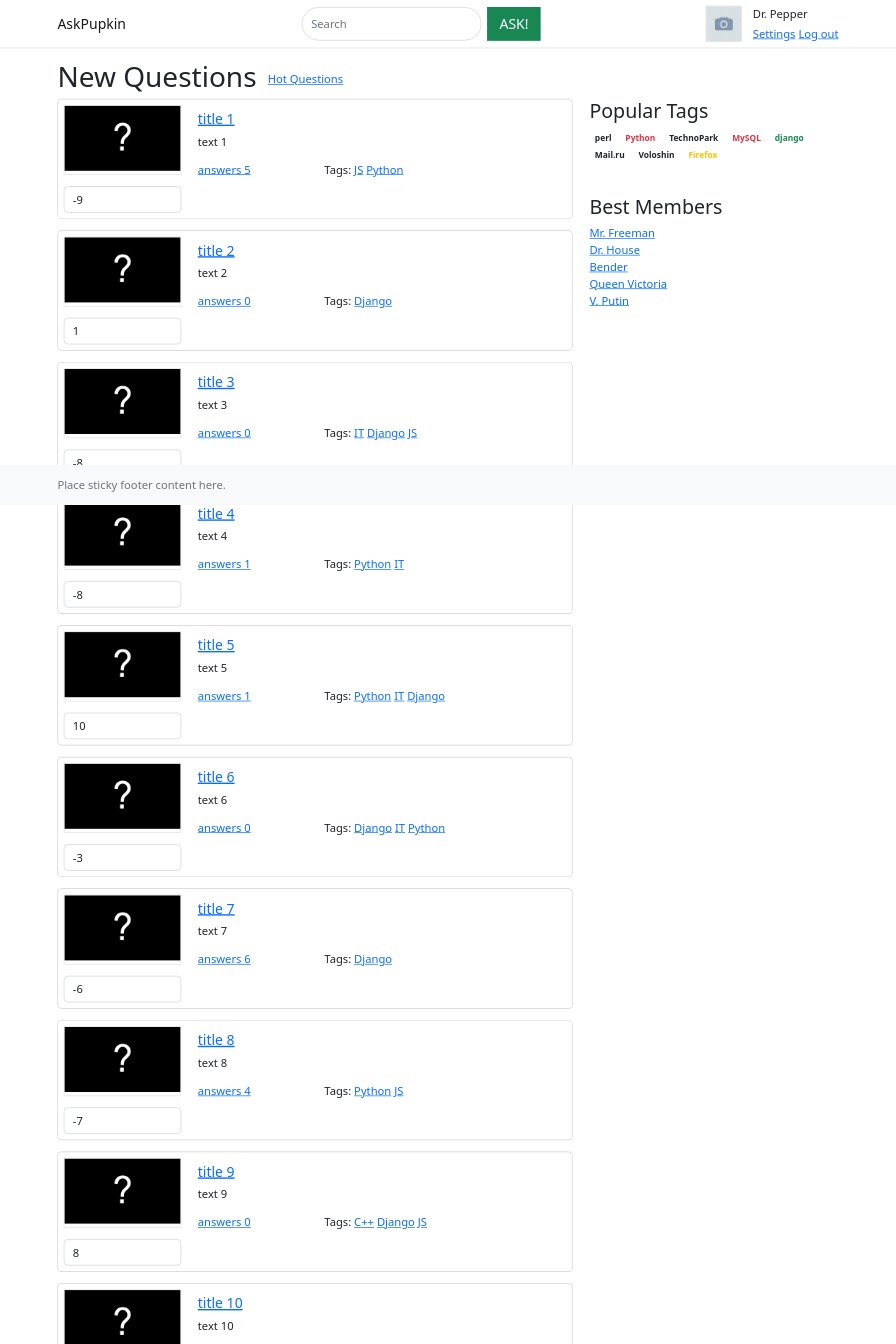
Repository: MiniDan21/askme_molchanov_django
Page: http://localhost/
These files come from the project's save history. The page is drawn as it stood at one moment and after the next save; the edit follows.
The browser window is 1280 px wide. The pictures show the part of the page from y = 0 to 1920 px (the page is 5647 px tall), at 70% of full size.
The page is served by the project's application, run on Django 5.2 (manage.py).

Above is the page before, as saved 2024-04-09 18:08:32.

After the next save:
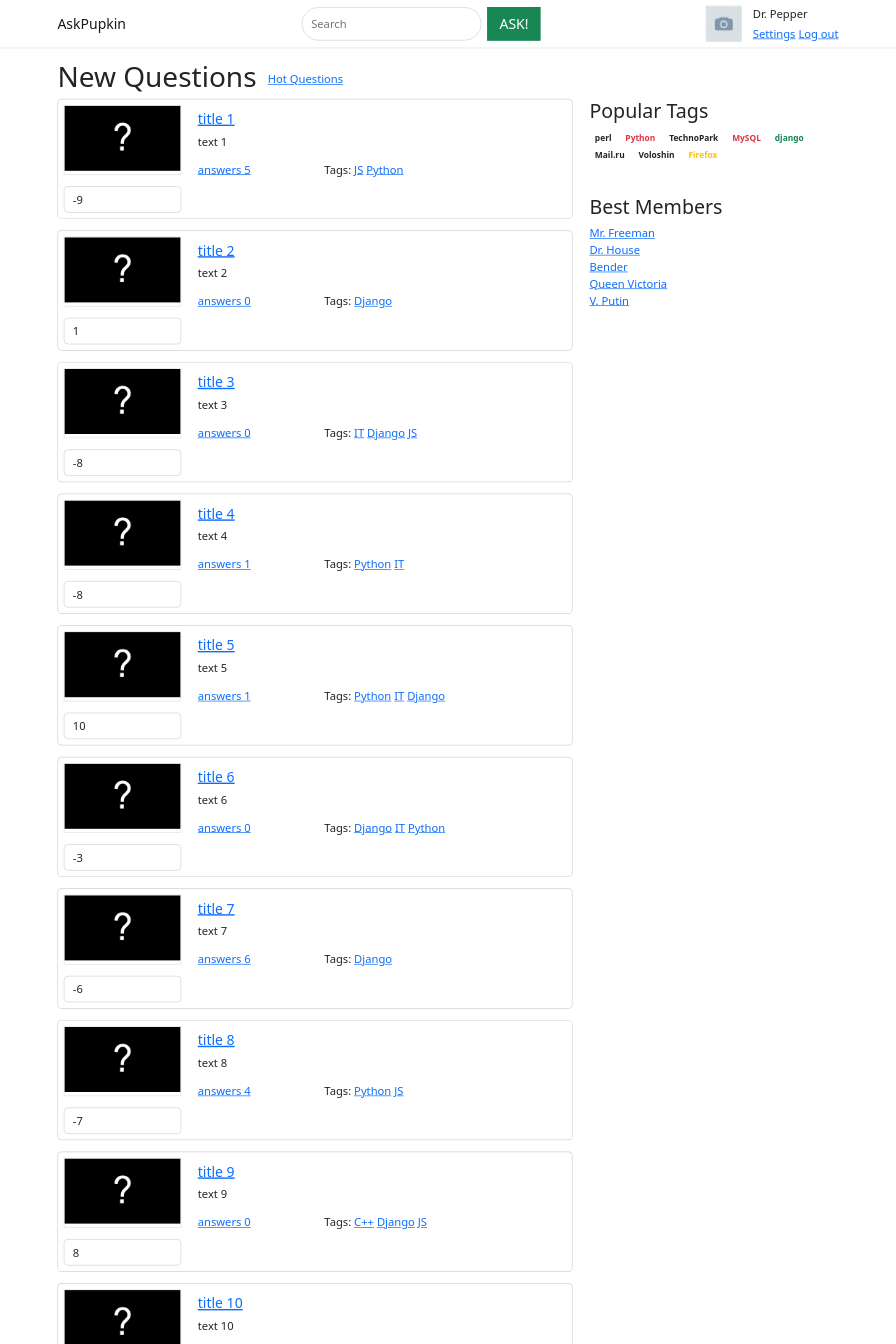
Saved 115 s later.
--- a/templates/layouts/base.html
+++ b/templates/layouts/base.html
@@ -50,13 +50,13 @@
         block main
       {% endblock %}
     </main>
-    <footer class="fixed-bottom p-3 bg-light">
+    <!-- <footer class="fixed-bottom p-3 bg-light">
       {% block footer %}
       <div class="container">
         <span class="text-muted">Place sticky footer content here.</span>
       </div>
       {% endblock %}
-    </footer>
+    </footer> -->
     <script src="../static/js/bootstrap.bundle.min.js"></script>
   </body>
 </html>
